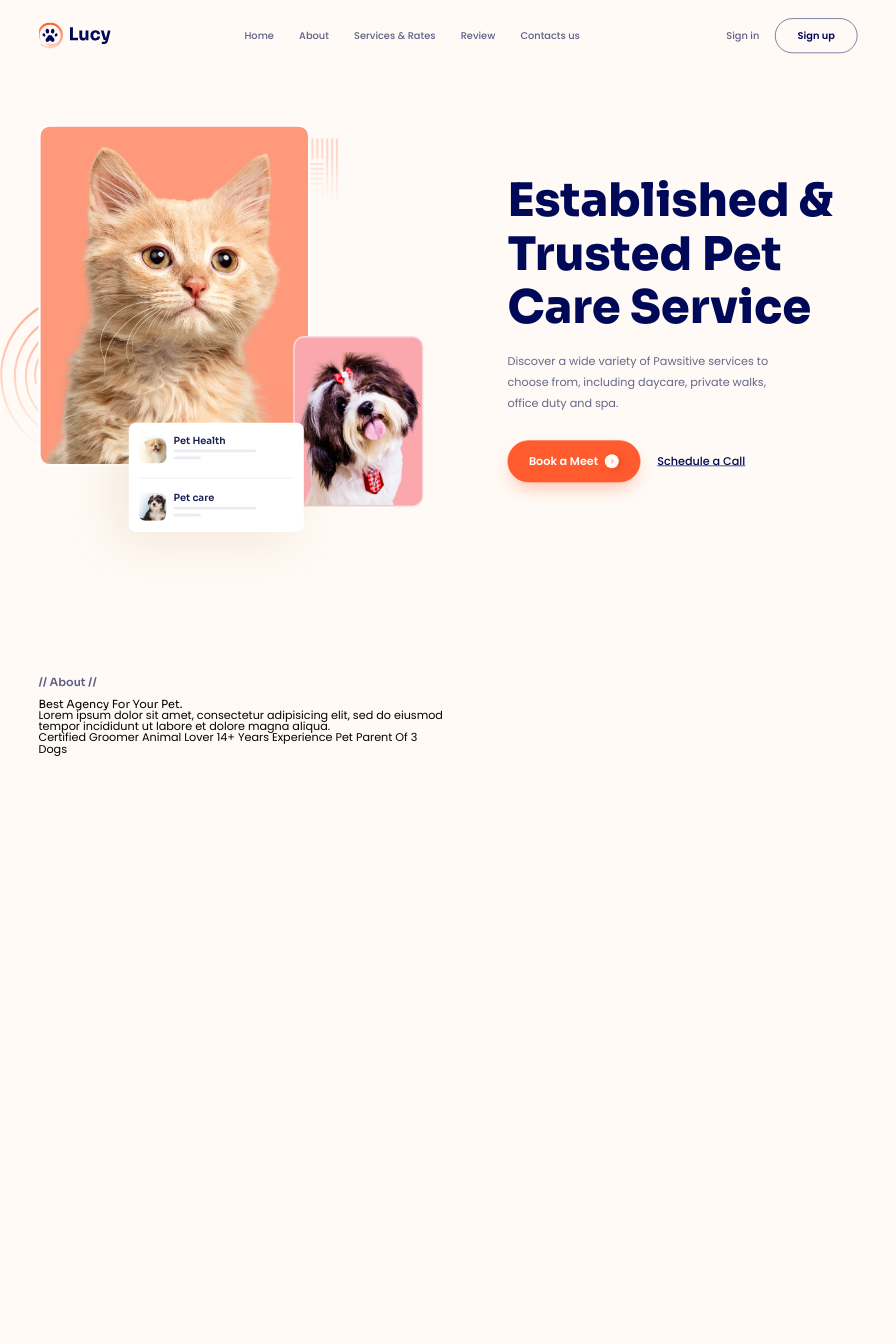
Repository: anhtien111198/f8-htmlcss-04
Page: index.html
An editor plug-in stored every save of this project. The page is shown before and after the next save, followed by the edit.
The browser window is 1280 px wide. The pictures show the part of the page from y = 0 to 1920 px (the page is 5000 px tall), at 70% of full size.

Above is the page before, as saved 2023-05-18 12:33:41.

### index.html
<!DOCTYPE html>
<html lang="en">
    <head>
        <meta charset="UTF-8" />
        <meta http-equiv="X-UA-Compatible" content="IE=edge" />
        <meta name="viewport" content="width=device-width, initial-scale=1.0" />
        <title>Lucy - Established &amp Trusted Pet Care Service</title>
        <!-- favicon -->
        <link
            rel="apple-touch-icon"
            sizes="57x57"
            href="./assets/favicon/apple-icon-57x57.png"
        />
        <link
            rel="apple-touch-icon"
            sizes="60x60"
            href="./assets/favicon/apple-icon-60x60.png"
        />
        <link
            rel="apple-touch-icon"
            sizes="72x72"
            href="./assets/favicon/apple-icon-72x72.png"
        />
        <link
            rel="apple-touch-icon"
            sizes="76x76"
            href="./assets/favicon/apple-icon-76x76.png"
        />
        <link
            rel="apple-touch-icon"
            sizes="114x114"
            href="./assets/favicon/apple-icon-114x114.png"
        />
        <link
            rel="apple-touch-icon"
            sizes="120x120"
            href="./assets/favicon/apple-icon-120x120.png"
        />
        <link
            rel="apple-touch-icon"
            sizes="144x144"
            href="./assets/favicon/apple-icon-144x144.png"
        />
        <link
            rel="apple-touch-icon"
            sizes="152x152"
            href="./assets/favicon/apple-icon-152x152.png"
        />
        <link
            rel="apple-touch-icon"
            sizes="180x180"
            href="./assets/favicon/apple-icon-180x180.png"
        />
        <link
            rel="icon"
            type="image/png"
            sizes="192x192"
            href="./assets/favicon/android-icon-192x192.png"
        />
        <link
            rel="icon"
            type="image/png"
            sizes="32x32"
            href="./assets/favicon/favicon-32x32.png"
        />
        <link
            rel="icon"
            type="image/png"
            sizes="96x96"
            href="./assets/favicon/favicon-96x96.png"
        />
        <link
            rel="icon"
            type="image/png"
            sizes="16x16"
            href="./assets/favicon/favicon-16x16.png"
        />
        <link rel="manifest" href="./assets/favicon/manifest.json" />
        <meta name="msapplication-TileColor" content="#ffffff" />
        <meta
            name="msapplication-TileImage"
            content="./assets/favicon/ms-icon-144x144.png"
        />
        <meta name="theme-color" content="#ffffff" />
        <!-- reset css-->
        <link rel="stylesheet" href="./assets/css/reset.css" />
        <!-- Embed font family-->
        <link rel="preconnect" href="https://fonts.googleapis.com" />
        <link rel="preconnect" href="https://fonts.gstatic.com" crossorigin />
        <link
            href="https://fonts.googleapis.com/css2?family=Poppins:wght@300;400;500;600&family=Sora:wght@400;500;600;700;800&display=swap"
            rel="stylesheet"
        />
        <!-- style css -->
        <link rel="stylesheet" href="./assets/css/style.css" />
    </head>
    <body style="height: 5000px">
        <!-- header -->
        <header class="header">
            <div class="container">
                <div class="header__inner">
                    <!-- logo -->
                    <img src="./assets/images/logo.svg" alt="" class="logo" />
                    <!-- navbar -->
                    <nav class="navbar">
                        <ul class="navbar__list">
                            <li class="navbar__item">
                                <a href="#!" class="navbar__link">Home</a>
                            </li>
                            <li class="navbar__item">
                                <a href="#!" class="navbar__link">About</a>
                            </li>
                            <li class="navbar__item">
                                <a href="#!" class="navbar__link">
                                    Services &amp Rates
                                </a>
                            </li>
                            <li class="navbar__item">
                                <a href="#!" class="navbar__link">Review</a>
                            </li>
                            <li class="navbar__item">
                                <a href="#!" class="navbar__link">
                                    Contacts us
                                </a>
                            </li>
                        </ul>
                    </nav>
                    <!-- header action -->
                    <div class="header-action">
                        <a href="#!" class="header-action__link">Sign in</a>
                        <a href="#!" class="header-action__btn btn">Sign up</a>
                    </div>
                </div>
            </div>
        </header>
        <!-- hero -->
        <section class="hero">
            <div class="container">
                <div class="hero__inner">
                    <!-- hero media -->
                    <div class="hero__media">
                        <div class="hero__img-wrap">
                            <img
                                src="./assets/images/pet-01.png"
                                alt=""
                                class="hero__img"
                            />
                            <!-- decorators -->
                            <img
                                src="./assets/images/decor-01.svg"
                                alt=""
                                class="hero__decor hero__decor-left"
                            />
                            <img
                                src="./assets/images/decor-02.svg"
                                alt=""
                                class="hero__decor hero__decor-right"
                            />
                        </div>
                        <div class="hero__img-wrap hero__img-wrap-small">
                            <img
                                src="./assets/images/pet-02.png"
                                alt=""
                                class="hero__img hero__img-small"
                            />
                        </div>
                        <div class="hero__list">
                            <section class="hero-list-item">
                                <img
                                    src="./assets/images/pet-03.png"
                                    alt=""
                                    class="hero-list-item__thumb"
                                />
                                <div class="hero-list-item__info">
                                    <p class="hero-list-item__title">
                                        Pet Health
                                    </p>
                                    <div class="hero-list-item__skeleton"></div>
                                    <div class="hero-list-item__skeleton"></div>
                                </div>
                            </section>
                            <div class="hero-list-item__separate"></div>
                            <section class="hero-list-item">
                                <img
                                    src="./assets/images/pet-04.png"
                                    alt=""
                                    class="hero-list-item__thumb"
                                />
                                <div class="hero-list-item__info">
                                    <p class="hero-list-item__title">
                                        Pet care
                                    </p>
                                    <div class="hero-list-item__skeleton"></div>
                                    <div class="hero-list-item__skeleton"></div>
                                </div>
                            </section>
                        </div>
                    </div>
                    <!-- hero content -->
                    <section class="hero__content">
                        <h1 class="hero__heading">
                            Established &amp Trusted Pet Care Service
                        </h1>
                        <p class="hero__desc">
                            Discover a wide variety of Pawsitive services to
                            choose from, including daycare, private walks,
                            office duty and spa.
                        </p>
                        <div class="hero__row">
                            <a href="#!" class="btn btn--primary hero__cta-btn">
                                Book a Meet
                                <span class="btn__icon">
                                    <svg
                                        width="5"
                                        height="6"
                                        viewBox="0 0 5 6"
                                        fill="none"
                                        xmlns="http://www.w3.org/2000/svg"
                                    >
                                        <path
                                            d="M1.48584 0.5L3.98584 3L1.48584 5.5"
                                            stroke="#FD5056"
                                            stroke-linecap="round"
                                            stroke-linejoin="round"
                                        />
                                    </svg>
                                </span>
                            </a>
                            <a href="#!" class="hero__cta-link">
                                Schedule a Call
                            </a>
                        </div>
                    </section>
                </div>
            </div>
        </section>
        <!-- About -->
        <main>
            <section class="about">
                <div class="container">
                    <div class="about__inner">
                        <section class="about__content">
                            <p class="about__label">// About //</p>
                            <h2 class="about__heading section__heading">
                                Best Agency For Your Pet.
                            </h2>
                            <p class="about__desc section__desc">
                                Lorem ipsum dolor sit amet, consectetur
                                adipisicing elit, sed do eiusmod tempor
                                incididunt ut labore et dolore magna aliqua.
                            </p>
                            <div class="about__checklist">
                                <span class="about__check-item">
                                    Certified Groomer
                                </span>
                                <span class="about__check-item">
                                    Animal Lover
                                </span>
                                <span class="about__check-item">
                                    14+ Years Experience
                                </span>
                                <span class="about__check-item">
                                    Pet Parent Of 3 Dogs
                                </span>
                            </div>
                        </section>
                        <div class="about__media"></div>
                        <div class="about__media"></div>
                        <section class="about__content"></section>
                    </div>
                </div>
            </section>
        </main>
    </body>
</html>

### assets/css/style.css
* {
    box-sizing: border-box;
}
:root {
    --primary-color: #ff5b2e;
}
html {
    font-size: 62.5%;
}
body {
    font-size: 1.6rem;
    font-family: "Poppins", sans-serif;
    background: #fffaf5;
}
/* ======================Common=================== */
a {
    text-decoration: none;
}
h1,
h2,
h3,
h4,
h5,
h6 {
    font-family: "Sora", sans-serif;
}
input,
textarea,
button,
select {
    font-size: inherit;
    font-family: inherit;
}
.container {
    width: 1170px;
    max-width: calc(100% - 48px);
    margin: 0 auto;
}
.btn {
    --height: 56px;
    display: inline-flex;
    align-items: center;
    justify-content: center;
    min-width: 130px;
    height: var(--height);
    line-height: var(--height);
    border: 1px solid rgba(0, 9, 88, 0.7);
    border-radius: 99px;
    font-weight: 600;
    font-size: 1.4rem;
    text-align: center;
    color: #000958;
}
.btn:hover {
    opacity: 0.9;
    cursor: pointer;
}
.btn--primary {
    color: #fff;
    background: var(--primary-color);
    border-color: var(--primary-color);
}
.btn__icon {
    display: flex;
    align-items: center;
    justify-content: center;
    margin-left: 10px;
    width: 20px;
    height: 20px;
    border-radius: 50%;
    background: #fffaf5;
    box-shadow: 4px 3px 10px -1px rgba(191, 41, 0, 0.4);
}
/* ===========header============== */
.header {
    padding: 26px 0;
    /* position: sticky;
    top: -26px;
    z-index: 1; */
    /* background: #fff; */
}
.header__inner {
    display: flex;
    align-items: center;
    justify-content: space-between;
}
.navbar__list {
    display: flex;
}
.navbar__link,
.header-action__link {
    padding: 8px 18px;
    font-weight: 500;
    font-size: 1.4rem;
    line-height: 1;
    color: #5e6085;
}
.navbar__link:hover {
    color: #000958;
    text-shadow: 1px 0 0 currentColor;
}
.header-action__btn {
    --height: 50px;
    min-width: 118px;
}
/* =======Hero======= */
.hero {
    margin-top: 76px;
}
.hero__inner {
    display: flex;
    align-items: center;
    justify-content: space-between;
    column-gap: 120px;
}
.hero__media {
    display: flex;
    position: relative;
    padding-bottom: 94px;
}
.hero__img-wrap {
    position: relative;
    display: flex;
    align-items: flex-end;
    justify-content: center;
    width: 388px;
    height: 488px;
    background: #fe997b;
    border-radius: 16px;
    border: 3px solid #fff;
}
.hero__img {
    max-width: 100%;
    max-height: 100%;
    border-radius: inherit;
}
.hero__decor {
    position: absolute;
    z-index: -1;
}
.hero__decor-left {
    left: -58px;
    bottom: 10px;
}
.hero__decor-right {
    top: 16px;
    right: -43px;
}
.hero__img-wrap-small {
    align-self: flex-end;
    width: 186px;
    height: 244px;
    margin: 0 0 -58px -24px;
    border: 2px solid #f7dddf;
    background: #faa7ad;
}
.hero__list {
    position: absolute;
    left: 129px;
    bottom: 0;
    width: 250px;
    height: 156px;
    padding: 18px 14px;
    background: #fff;
    box-shadow: -17px 14px 68px -4px rgba(207, 174, 132, 0.25);
    border-radius: 10px;
}
.hero-list-item {
    display: flex;
}
.hero-list-item__thumb {
    width: 40px;
    height: 40px;
    border-radius: 10px;
    object-fit: cover;
}
.hero-list-item__info {
    margin-left: 10px;
}
.hero-list-item__title {
    font-family: "Sora", sans-serif;
    font-weight: 600;
    font-size: 1.4rem;
    line-height: 1;
    color: #181e52;
}
.hero-list-item__skeleton {
    margin-top: 6px;
    width: 118px;
    height: 4px;
    background: #000958;
    opacity: 0.08;
    border-radius: 10px;
}
.hero-list-item__skeleton:last-child {
    width: 39px;
}
.hero-list-item__separate {
    width: 100%;
    height: 2px;
    margin: 20px 0;
    border-radius: 99px;
    background: #f2f2f2;
}
.hero-list-item:nth-child(2) .hero-list-item__thumb {
    background: #c6e2fa;
}
.hero__heading {
    font-weight: 800;
    font-size: 6.6rem;
    line-height: 1.15;
    color: #000958;
}
.hero__desc {
    margin-top: 24px;
    max-width: 391px;
    font-weight: 400;
    font-size: 1.6rem;
    line-height: 1.88;
    color: #656689;
}
.hero__row {
    display: flex;
    align-items: center;
    margin-top: 38px;
}
.hero__cta-btn {
    --height: 60px;
    min-width: 190px;
    font-size: 1.6rem;
    box-shadow: 0px 13px 26px -8px rgba(255, 91, 46, 0.42);
}
.hero__cta-link {
    margin-left: 24px;
    font-weight: 500;
    font-size: 1.6rem;
    line-height: 1;
    text-decoration-line: underline;
    color: #000958;
}
/* ========About=========== */
.about {
    margin-top: 207px;
}
.about__inner {
    display: grid;
    grid-template-columns: 1fr 1fr;
}
.about__label {
    font-family: "Sora", sans-serif;
    font-weight: 600;
    font-size: 1.6rem;
    line-height: 1;
    color: #5e6085;
}
.about__heading {
    margin-top: 15px;
}

Loaded but not shown: assets/css/reset.css (common file)

After the next save:
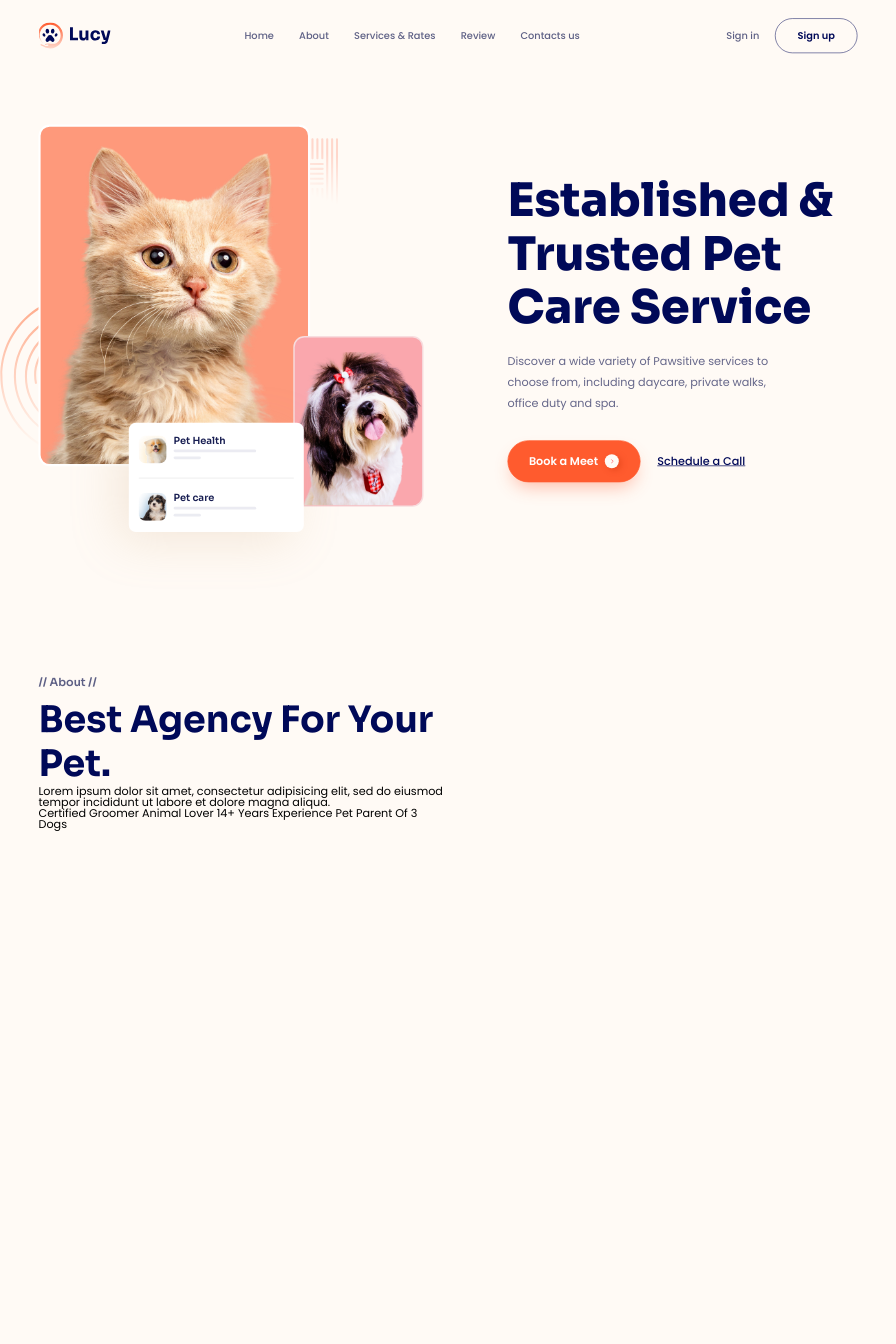
Saved 51 s later.
--- a/assets/css/style.css
+++ b/assets/css/style.css
@@ -70,6 +70,12 @@ select {
     border-radius: 50%;
     background: #fffaf5;
     box-shadow: 4px 3px 10px -1px rgba(191, 41, 0, 0.4);
+}
+.section__heading {
+    font-weight: 700;
+    font-size: 5.2rem;
+    line-height: 1.19;
+    color: #000958;
 }
 /* ===========header============== */
 .header {
